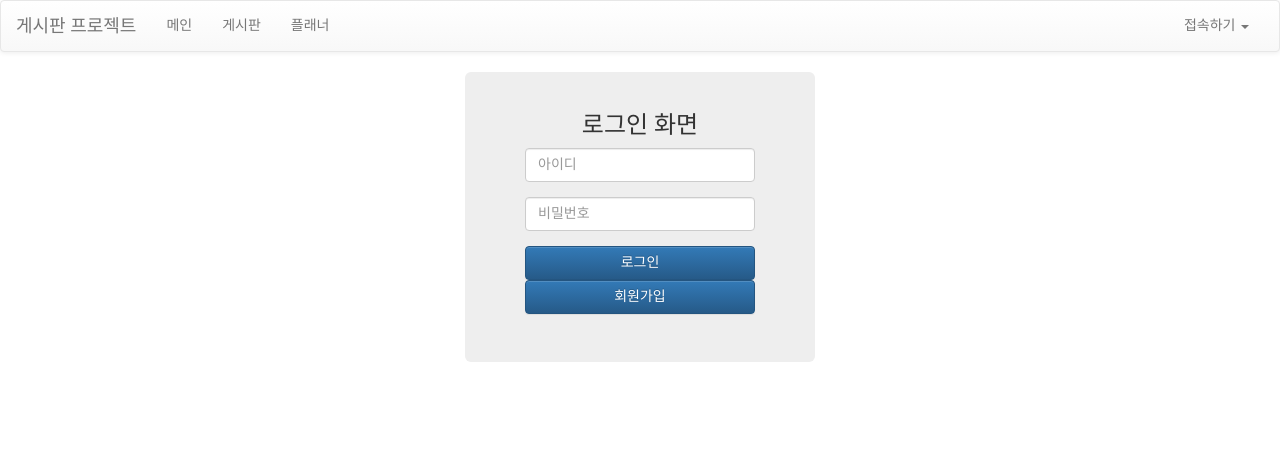
Repository: Seok7975/JSP-Education
Page: http://localhost/ToDoList공유_게시판_ver3/login.jsp
An editor plug-in stored every save of this project. The page is shown before and after the next save, followed by the edit.
The browser window is 1280 px wide. The pictures show the whole page.
Some web fonts or font styles are not loaded; a fallback is used. Some web libraries are served in a nearby version. The page is served by Tomcat 9. Other server files are loaded and not shown.

Above is the page before, as saved 2024-06-18 05:17:47.

### List_Projects_ver3/ToDoList공유 게시판_ver3/src/main/webapp/login.jsp
<%-- <!-- 로그인 페이지 -->

<%@ page language="java" contentType="text/html; charset=UTF-8"
    pageEncoding="UTF-8"%>
<!DOCTYPE html>
<html>
<head>
<meta http-equiv="Content-Type" content="text/html; charset=UTF-8">
<meta name="viewport" content="width=device-width, initial-scale=1"> <!-- 컴퓨터 핸드폰 등 기기에 맞게 변경되게 -->
<link rel="stylesheet" href="css/styles.css">
<title>JSP 게시판 웹 사이트</title>
</head>
<body>
	<nav class="navbar">
		<a class="navbar-brand" href="main.jsp">게시판 프로젝트</a>
		<ul class="navbar-nav">
			<li><a href="main.jsp">메인</a></li>
			<li><a href="bbs.jsp">게시판</a></li>
			<li class="dropdown">
				<a href="#" class="dropdown-toggle">접속하기</a>
        		<ul class="dropdown-menu">
          			<li class="active"><a href="login.jsp">로그인</a></li> <!-- active : 현재 선택되어있음 -->
          			<li><a href="join.jsp">회원가입</a></li>
       			</ul>
      		</li>
    	</ul>
	</nav>
	<div class="container">
		<div class="jumbotron">
			<form method="post" action="loginAction.jsp">
        	<h3>로그인 화면</h3>
	        	<div class="form-group">
				<input type="text" class="form-control" placeholder="아이디" name="userID" maxlength="20">
	        	</div>
	        	<div class="form-group">
	 				<input type="password" class="form-control" placeholder="비밀번호" name="userPassword" maxlength="20">
	       		</div>
	        	<input type="submit" class="btn btn-primary" value="로그인">
      		</form>
    	</div>
	</div>
</body>
</html> --%>

<%-- <%@ page language="java" contentType="text/html; charset=UTF-8"
    pageEncoding="UTF-8"%>
<!DOCTYPE html>
<html>
<head>
<meta charset="UTF-8">
<meta name="viewport" content="width=device-width", initial-scale="1">
	<!-- viewport=화면상의 표시영역, content=모바일 장치들에 맞게 크기조정, initial=초기화면 배율 설정 -->

<link rel="stylesheet" href="css/bootstrap.css">
	<!-- 스타일시트로 css폴더의 bootstrap.css파일 사용 -->

<title>게시판!!</title>
</head>
<body style= "background-color : lightblue;">


	<nav class="navbar navbar-inverse"> <!-- navbar-색상(inverse = 검은색, default = 색x) -->
		<div class="navbar-header">
			<button type="button" class="navbar-toggle collapsed"
			data-toggle="collapse" data-target="#bs-example-navbar-collapse-1"
			aria-expanded="false">
				<!-- class="navbar-toggle collapsed"=>네비게이션의 화면 출력유무
				data-toggle="collapse" : 모바일 상태에서 클릭하면서 메뉴가 나오게 설정 -->

				<span class="icon-bar"></span>
				<span class="icon-bar"></span>
				<span class="icon-bar"></span>
					<!-- 아이콘 이미지 -->

			</button>

			<a class="navbar-brand" href="main.jsp">JSP 게시판</a>
				<!-- Bootstrap navbar 기본 메뉴바 -->
		</div>

		<div class="collapse navbar-collapse" id="bs-example-navbar-collapse-1">
			<ul class="nav navbar-nav"> <!-- navbar-nav => 네비게이션 바의 메뉴 -->
				<li><a href="main.jsp">메뉴</a></li>
				<li><a href="bbs.jsp">게시판</a></li>
				<!-- 메뉴, 게시판의 main.jsp와 bbs.jsp의 파일로 각각 이동 -->
			</ul>
			<ul class="nav navbar-nav navbar-right">
				<li class="dropdown">
					<a href="#" class="dropdown-toggle"
						data-toggle="dropdown" role="button" aria-haspopup="true"
						aria-expanded="false">접속하기<span class="caret"></span></a>
						<!-- 임시의 주소링<%=  %>크 "#"을 기재한다. -->
						<!-- caret = creates a caret arrow icon (▼) -->
						w
						<ul class="dropdown-menu">
							<!-- dropdown-menu : 버튼을 눌렀을때, 생성되는 메뉴(접속하기를 눌렀을때 로그인, 회원가입 메뉴 -->

							<li class="active"><a href="login.jsp">로그인</a></li>
							<!-- active = 활성화 되었을때 로그인, 회원가입-->

							<li><a href="join.jsp">회원가입</a></li>

						</ul>
					</li>
			</ul>
		</div>
	</nav>
	<div class="container">
		<!-- 전체 레이아웃 감싸주기 -->

		<div class="col-lg-4"></div>
		<div class="col-lg-4">
			<div class="jumbotron" style="padding-top: 20px;">
				<!-- jumbotron indicates a big box(큰 상자) -->

				<form method="post" action="loginAction.jsp">
				<img alt="그림 없음" src="Circle.png">
					<h2 style="text-align : center;">로그인 화면</h2>
					<div class="form-group">
						<input type="text" class="form-control" placeholder="아이디" name="userID"
							maxlength="20">
					</div>
					<div class="form-group">
						<input type="password" class="form-control" placeholder="비밀번호" name="userPassword"
							maxlength="20">
					</div>
					<input type="submit" class="btn btn-primary form-control" value="로그인">
					<img src="JJWORLD.png">
				</form>
		</div>
	</div>
	<script src="https://code.jquery.com/jquery-3.1.1.min.js"></script>
	<script src="js/bootstrap.js"></script>

</body>
</html> --%>


<%-- <%@ page language="java" contentType="text/html; charset=UTF-8"
    pageEncoding="UTF-8"%>
<!DOCTYPE html>
<html>
<head>
<meta http-equiv="Content-Type" content="text/html; charset=UTF-8">
<meta name="viewport" content="width=device-width, initial-scale=1"> <!-- 컴퓨터 핸드폰 등 기기에 맞게 변경되게 -->
<!-- <link rel="stylesheet" href="css/bootstrap.css"> -->
<!-- Latest compiled and minified CSS -->
<link rel="stylesheet" href="https://cdn.jsdelivr.net/npm/bootstrap@3.3.7/dist/css/bootstrap.min.css" integrity="sha384-BVYiiSIFeK1dGmJRAkycuHAHRg32OmUcww7on3RYdg4Va+PmSTsz/K68vbdEjh4u" crossorigin="anonymous">

<!-- Optional theme -->
<link rel="stylesheet" href="https://cdn.jsdelivr.net/npm/bootstrap@3.3.7/dist/css/bootstrap-theme.min.css" integrity="sha384-rHyoN1iRsVXV4nD0JutlnGaslCJuC7uwjduW9SVrLvRYooPp2bWYgmgJQIXwl/Sp" crossorigin="anonymous">

<!-- jQuery (necessary for Bootstrap's JavaScript plugins) -->
<script src="https://code.jquery.com/jquery-3.1.1.min.js" integrity="sha384-5sAR7xN1Nv6B4z2p6bJp6t4q2Z5y5Q4h1r5k5R5k5R5k5R5k5R5k5R5k5R5k5R5k5R5k5R5k5R5k5R5k5R5k5R5k5R5k5R5k5R5k5R5k5R5k5" crossorigin="anonymous"></script>

<!-- Latest compiled and minified JavaScript -->
<script src="https://cdn.jsdelivr.net/npm/bootstrap@3.3.7/dist/js/bootstrap.min.js" integrity="sha384-Tc5IQib027qvyjSMfHjOMaLkfuWVxZxUPnCJA7l2mCWNIpG9mGCD8wGNIcPD7Txa" crossorigin="anonymous"></script>

<title>JSP 게시판 웹 사이트</title>
</head>
<body>
	<nav class="navbar navbar-default">
		<div class="navbar-header">
			<button type="button" class="navbar-toggle collapsed"
				data-toggle="collapse" data-target="#bs-example-navbar-collapse-1"
				aria-expanded="false">
				<span class="icon-bar"></span>
				<span class="icon-bar"></span>
				<span class="icon-bar"></span>
			</button>
			<a class="navbar-brand" href="main.jsp">게시판 프로젝트</a>
		</div>
		<div class="collapse navbar-collapse" id="bs-example-navbar-collapse-1">
			<ul class="nav navbar-nav">
				<li><a href="main.jsp">메인</a></li>
				<li><a href="bbs.jsp">게시판</a></li>
			</ul>
			<ul class="nav navbar-nav navbar-right">
				<li class="dropdown">
					<a href="#" class="dropdown-toggle"
						data-toggle="dropdown" role="button" aria-haspopup="true"
						aria-expanded="false">접속하기<span class="caret"></span></a>
					<ul class="dropdown-menu">
						<li class="active"><a href="login.jsp">로그인</a></li> <!-- active : 현재 선택되어있음 -->
						<li><a href="join.jsp">회원가입</a></li>
					</ul>
				</li>
			</ul>
		</div>
	</nav>
	<div class="container">
		<div class="col-lg-4"></div>
		<div class="col-lg-4">
			<div class="jumbotron" style="padding-top: 20px;">
				<form method="post" action="loginAction.jsp">
					<h3 style="text-align: center;">로그인 화면</h3>
					<div class="form-group">
						<input type="text" class="form-control" placeholder="아이디" name="userID" maxlength="20">
					</div>
					<div class="form-group">
						<input type="password" class="form-control" placeholder="비밀번호" name="userPassword" maxlength="20">
					</div>
					<input type="submit" class="btn btn-primary form-control" value="로그인">
				</form>
			</div>
		</div>
		<div class="col-lg-4"></div>
	</div>
<!-- 	<script src="https://code.jquery.com/jquery-3.1.1.min.js"></script>
	<script src="js/bootstrap.js"></script> -->
</body>
</html>


 --%>

<%@ page language="java" contentType="text/html; charset=UTF-8"
    pageEncoding="UTF-8"%>
<!DOCTYPE html>
<html>
<head>
<meta http-equiv="Content-Type" content="text/html; charset=UTF-8">
<meta name="viewport" content="width=device-width, initial-scale=1">
<!-- Latest compiled and minified CSS -->
<link rel="stylesheet" href="https://cdn.jsdelivr.net/npm/bootstrap@3.3.7/dist/css/bootstrap.min.css" integrity="sha384-BVYiiSIFeK1dGmJRAkycuHAHRg32OmUcww7on3RYdg4Va+PmSTsz/K68vbdEjh4u" crossorigin="anonymous">
<!-- Optional theme -->
<link rel="stylesheet" href="https://cdn.jsdelivr.net/npm/bootstrap@3.3.7/dist/css/bootstrap-theme.min.css" integrity="sha384-rHyoN1iRsVXV4nD0JutlnGaslCJuC7uwjduW9SVrLvRYooPp2bWYgmgJQIXwl/Sp" crossorigin="anonymous">
<!-- jQuery (necessary for Bootstrap's JavaScript plugins) -->
<script src="https://code.jquery.com/jquery-3.1.1.min.js"></script>
<!-- Latest compiled and minified JavaScript -->
<script src="https://cdn.jsdelivr.net/npm/bootstrap@3.3.7/dist/js/bootstrap.min.js" integrity="sha384-Tc5IQib027qvyjSMfHjOMaLkfuWVxZxUPnCJA7l2mCWNIpG9mGCD8wGNIcPD7Txa" crossorigin="anonymous"></script>
<link rel="stylesheet" href="css/jumbotronCustom.css">
<title>JSP 게시판 웹 사이트</title>
</head>
<body>
	<nav class="navbar navbar-default">
		<div class="container-fluid">
			<div class="navbar-header">
				<button type="button" class="navbar-toggle collapsed" data-toggle="collapse" data-target="#bs-example-navbar-collapse-1" aria-expanded="false">
					<span class="sr-only">Toggle navigation</span>
					<span class="icon-bar"></span>
					<span class="icon-bar"></span>
					<span class="icon-bar"></span>
				</button>
				<a class="navbar-brand" href="main.jsp">게시판 프로젝트</a>
			</div>
			<div class="collapse navbar-collapse" id="bs-example-navbar-collapse-1">
				<ul class="nav navbar-nav">
					<li><a href="main.jsp">메인</a></li>
					<li><a href="bbs.jsp">게시판</a></li>
					<li><a href="planner/planner.jsp">플래너</a></li>
				</ul>
				<ul class="nav navbar-nav navbar-right">
					<li class="dropdown">
						<a href="#" class="dropdown-toggle" data-toggle="dropdown" role="button" aria-haspopup="true" aria-expanded="false">접속하기 <span class="caret"></span></a>
						<ul class="dropdown-menu">
							<li class="active"><a href="login.jsp">로그인</a></li>
							<li><a href="join.jsp">회원가입</a></li>
						</ul>
					</li>
				</ul>
			</div>
		</div>
	</nav>
	<div class="container">
		<div class="col-lg-4"></div>
		<div class="col-lg-4">
			<div class="jumbotron" style="padding-top: 20px;">
				<form method="post" action="loginAction.jsp">
					<h3 style="text-align: center;">로그인 화면</h3>
					<div class="form-group">
						<input type="text" class="form-control" placeholder="아이디" name="userID" maxlength="20">
					</div>
					<div class="form-group">
						<input type="password" class="form-control" placeholder="비밀번호" name="userPassword" maxlength="20">
					</div>
					<input type="submit" class="btn btn-primary form-control" value="로그인">
					<input type="submit" class="btn btn-primary form-control" value="회원가입">
				</form>
			</div>
		</div>
		<div class="col-lg-4"></div>
	</div>
</body>
</html>

### List_Projects_ver3/ToDoList공유 게시판_ver3/src/main/webapp/css/jumbotronCustom.css

@import url(http://fonts.googleapis.com/earlyaccess/nanumgothic.css);
@import url(http://fonts.googleapis.com/earlyaccess/hanna.css);
* {
	font-family : 'Nanum Gothic';
}

h1 {
	font-family : 'Hanna';
}

After the next save:
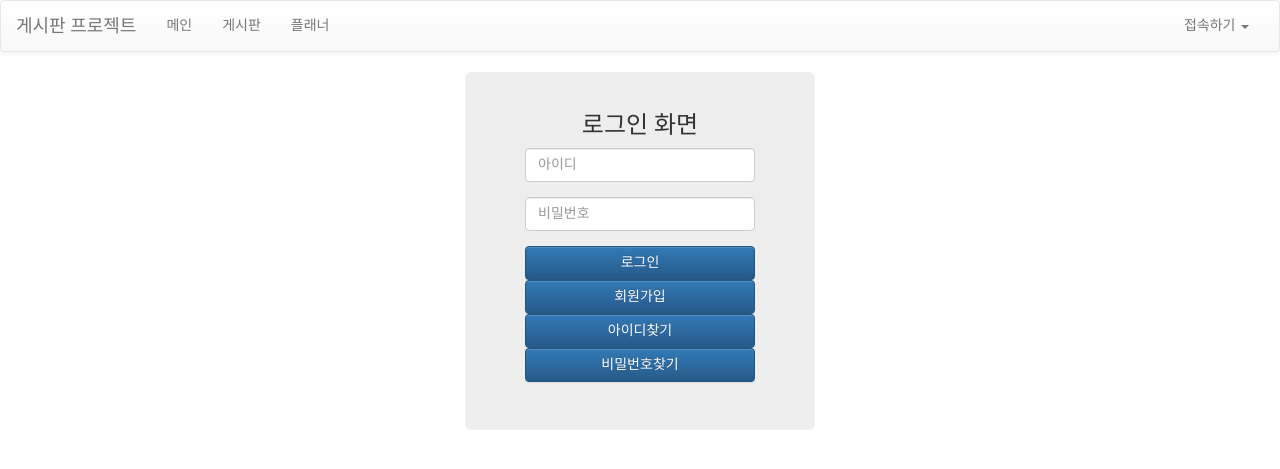
Saved 69 s later.
--- a/List_Projects_ver3/ToDoList공유 게시판_ver3/src/main/webapp/login.jsp
+++ b/List_Projects_ver3/ToDoList공유 게시판_ver3/src/main/webapp/login.jsp
@@ -276,6 +276,8 @@
 					</div>
 					<input type="submit" class="btn btn-primary form-control" value="로그인">
 					<input type="submit" class="btn btn-primary form-control" value="회원가입">
+					<input type="submit" class="btn btn-primary form-control" value="아이디찾기">
+					<input type="submit" class="btn btn-primary form-control" value="비밀번호찾기">
 				</form>
 			</div>
 		</div>
